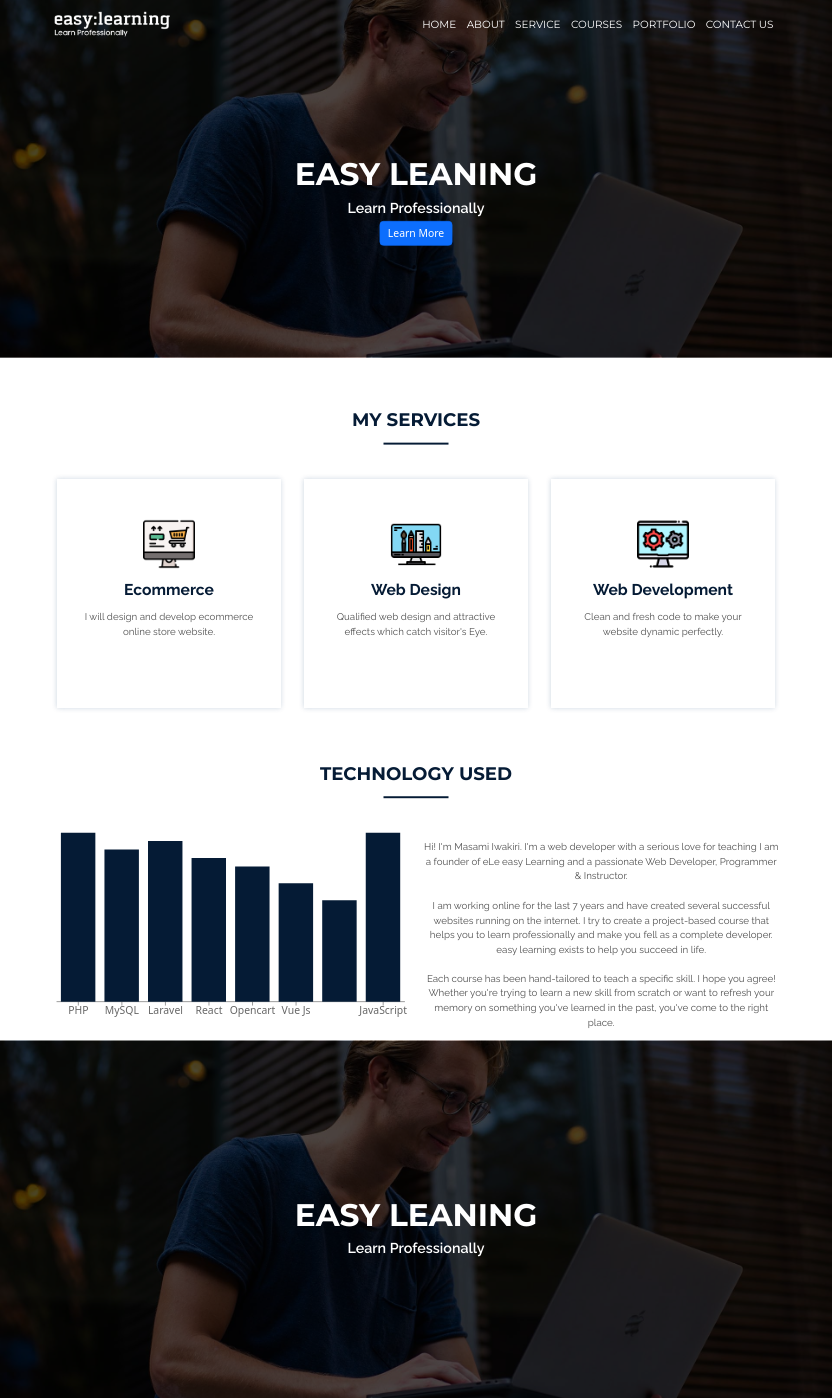
Repository: masamichan/free_video_app
Page: /
An editor plug-in stored every save of this project. The page is shown before and after the next save, followed by the edit.
The browser window is 1280 px wide. The pictures show the whole page, at 65% of full size.
Backgrounds fixed to the window are drawn as part of the page. The project was rebuilt for these pictures with package versions that can differ from the ones it lists, and the page was loaded fresh each time.

Above is the page before, as saved 2023-01-29 11:05:36.

### public/index.html
<!DOCTYPE html>
<html lang="en">
  <head>
    <meta charset="utf-8" />
    <link rel="icon" href="%PUBLIC_URL%/icon.png" />
    <meta name="viewport" content="width=device-width, initial-scale=1" />
    <meta name="theme-color" content="#000000" />
    <meta
      name="description"
      content="Web site created using create-react-app"
    />

    <link rel="manifest" href="%PUBLIC_URL%/manifest.json" />

    <link rel="preconnect" href="https://fonts.googleapis.com">
    <link rel="preconnect" href="https://fonts.gstatic.com" crossorigin>
    <link
      href="https://fonts.googleapis.com/css2?family=Montserrat:wght@400;700;800&family=Raleway:wght@300;400;600;700&display=swap"
      rel="stylesheet">

    <title>Easy Leaning</title>
  </head>
  <body>
    <noscript>You need to enable JavaScript to run this app.</noscript>
    <div style="width: 100%;" id="root"></div>

  </body>
</html>

### src/App.js
import React from "react";
import Analysis from "./components/Analysis/Analysis";
import Services from "./components/Services/Services";
import Summary from "./components/Summary/Summary";
import { TopBanner } from "./components/TopBanner/TopBanner";
import TopNavigation from "./components/TopNavigation/TopNavigation";

function App() {
  return (
    <div>
      <TopNavigation />
      <TopBanner />
      <Services />
      <Analysis />
      <Summary />
    </div>
  );
}

export default App;

### src/components/Analysis/Analysis.jsx
import React, { Component, Fragment } from "react";
import { Col, Container, Row } from "react-bootstrap";
import { Bar, BarChart, ResponsiveContainer, Tooltip, XAxis } from "recharts";
class Analysis extends Component {
  constructor() {
    super();
    this.state = {
      data: [
        { Technology: "PHP", Projects: 100 },
        { Technology: "MySQL", Projects: 90 },
        { Technology: "Laravel", Projects: 95 },
        { Technology: "React", Projects: 85 },
        { Technology: "Opencart", Projects: 80 },
        { Technology: "Vue Js", Projects: 70 },
        { Technology: "Django", Projects: 60 },
        { Technology: "JavaScript", Projects: 100 },
      ],
    };
  }

  render() {
    var blue = "#051b35";
    return (
      <Fragment>
        <Container className="text-center">
          <h1 className="serviceMainTitle">TECHNOLOGY USED</h1>
          <div className="bottom"></div>
          <Row>
            <Col
              style={{ width: "100", height: "300px" }}
              lg={6}
              md={12}
              sm={12}
            >
              <ResponsiveContainer>
                <BarChart width={100} height={300} data={this.state.data}>
                  <XAxis dataKey="Technology" />
                  <Tooltip />
                  <Bar dataKey="Projects" fill={blue}></Bar>
                </BarChart>
              </ResponsiveContainer>
            </Col>

            <Col lg={6} md={12} sm={12}>
              <p className="text-justify serviceDescription">
                Hi! I'm Masami Iwakiri. I'm a web developer with a serious love
                for teaching I am a founder of eLe easy Learning and a
                passionate Web Developer, Programmer & Instructor.<br></br>
                <br></br>I am working online for the last 7 years and have
                created several successful websites running on the internet. I
                try to create a project-based course that helps you to learn
                professionally and make you fell as a complete developer. easy
                learning exists to help you succeed in life.<br></br>
                <br></br>
                Each course has been hand-tailored to teach a specific skill. I
                hope you agree! Whether you're trying to learn a new skill from
                scratch or want to refresh your memory on something you've
                learned in the past, you've come to the right place.
              </p>
            </Col>
          </Row>
        </Container>
      </Fragment>
    );
  }
}
export default Analysis;

### src/components/Services/Services.jsx
import React, { Component, Fragment } from "react";
import { Col, Container, Row } from "react-bootstrap";
import designIcon from "../../asset/image/design.png";
import ecommerceIcon from "../../asset/image/ecommerce.png";
import webIcon from "../../asset/image/web.png";

export class Services extends Component {
  render() {
    return (
      <Fragment>
        <Container className="text-center">
          <h1 className="serviceMainTitle">MY SERVICES</h1>
          <div className="bottom"></div>
          <Row>
            <Col lg={4} md={6} sm={12}>
              <div className="serviceCard text-center">
                <img className="ecommerceIcon" src={ecommerceIcon} />
                <h2 className="serviceName">Ecommerce</h2>
                <p className="serviceDescription">
                  I will design and develop ecommerce online store website.
                </p>
              </div>
            </Col>
            <Col lg={4} md={6} sm={12}>
              <div className="serviceCard text-center">
                <img className="designIcon" src={designIcon} />
                <h2 className="serviceName">Web Design</h2>
                <p className="serviceDescription">
                  Qualified web design and attractive effects which catch
                  visitor's Eye.
                </p>
              </div>
            </Col>
            <Col lg={4} md={6} sm={12}>
              <div className="serviceCard text-center">
                <img className="webIcon" src={webIcon} />
                <h2 className="serviceName">Web Development</h2>
                <p className="serviceDescription">
                  Clean and fresh code to make your website dynamic perfectly.
                </p>
              </div>
            </Col>
          </Row>
        </Container>
      </Fragment>
    );
  }
}

export default Services;

### src/components/Summary/Summary.jsx
import React, { Component, Fragment } from "react";
import { Col, Container, Row } from "react-bootstrap";
export class Summary extends Component {
  render() {
    return (
      <Fragment>
        <Container fluid={true} className="topFixedBanner p-0">
          <div className="topBannerOverlay">
            <Container className="topContent">
              <Row>
                <Col className="text-center">
                  <h1 className="topTitle">EASY LEANING</h1>
                  <h4 className="topSubTitle">Learn Professionally</h4>
                </Col>
              </Row>
            </Container>
          </div>
        </Container>
      </Fragment>
    );
  }
}

export default Summary;

### src/components/TopBanner/TopBanner.jsx
import React, { Component, Fragment } from "react";
import { Button, Col, Container, Row } from "react-bootstrap";

export class TopBanner extends Component {
  render() {
    return (
      <Fragment>
        <Container fluid={true} className="topFixedBanner p-0">
          <div className="topBannerOverlay">
            <Container className="topContent">
              <Row>
                <Col className="text-center">
                  <h1 className="topTitle">EASY LEANING</h1>
                  <h4 className="topSubTitle">Learn Professionally</h4>
                  <Button variant="primary">Learn More</Button>
                </Col>
              </Row>
            </Container>
          </div>
        </Container>
      </Fragment>
    );
  }
}

export default TopBanner;

### src/components/TopNavigation/TopNavigation.jsx
import React, { Component, Fragment } from "react";
import { Nav, Navbar, NavDropdown } from "react-bootstrap";
import { Container } from "react-bootstrap";
import whiteLogo from "../../asset/image/logo_white.png";
import blackLogo from "../../asset/image/logo_black.png";
import "../../asset/css/custom.css";
import "../../asset/css/bootstrap.css";

export class TopNavigation extends Component {
  constructor() {
    super();
    this.state = {
      navBarTitle: "navTitle",
      navBarLogo: [whiteLogo],
      navBarBack: "navBackground",
      navBarItem: "navItem",
    };
  }

  onScroll = () => {
    if (window.scrollY > 100) {
      this.setState({
        navBarTitle: "navTitleScroll",
        navBarLogo: [blackLogo],
        navBarBack: "navBackgroundScroll",
        navBarItem: "navItemScroll",
      });
    } else if (window.scrollY < 100) {
      this.setState({
        navBarTitle: "navTitle",
        navBarLogo: [whiteLogo],
        navBarBack: "navBackground",
        navBarItem: "navItem",
      });
    }
  };

  componentDidMount() {
    window.addEventListener("scroll", this.onScroll);
  }

  render() {
    return (
      <Fragment>
        <Navbar
          className={this.state.navBarBack}
          collapseOnSelect
          fixed="top"
          expand="lg"
          variant="dark"
        >
          <Container>
            <Navbar.Brand className={this.state.navBarTitle} href="#home">
              <img src={this.state.navBarLogo} />
            </Navbar.Brand>
            <Navbar.Toggle aria-controls="responsive-navbar-nav" />
            <Navbar.Collapse id="responsive-navbar-nav">
              <Nav className="me-auto"></Nav>
              <Nav>
                <Nav.Link className={this.state.navBarItem} href="#deets">
                  HOME
                </Nav.Link>
                <Nav.Link className={this.state.navBarItem} href="#deets">
                  ABOUT
                </Nav.Link>
                <Nav.Link className={this.state.navBarItem} href="#deets">
                  SERVICE
                </Nav.Link>
                <Nav.Link className={this.state.navBarItem} href="#deets">
                  COURSES
                </Nav.Link>
                <Nav.Link className={this.state.navBarItem} href="#deets">
                  PORTFOLIO
                </Nav.Link>
                <Nav.Link className={this.state.navBarItem} href="#deets">
                  CONTACT US
                </Nav.Link>
              </Nav>
            </Navbar.Collapse>
          </Container>
        </Navbar>
      </Fragment>
    );
  }
}

export default TopNavigation;

### src/asset/css/custom.css
.topFixedBanner {
  background-image: url("../image/banner.jpg");
  min-height: 550px;
  background-attachment: fixed;
  background-position: center;
  background-repeat: no-repeat;
  background-size: cover;
}
.topBannerOverlay {
  position: absolute;
  min-height: 550px;
  width: 100%;
  background: rgb(0, 0, 0, 0.7);
}

.topContent {
  margin-top: 15em;
}

.topTitle {
  font-family: "Montserrat", sans-serif;
  font-weight: 700;
  color: #ffffff;
  font-size: 48px;
}

.topSubTitle {
  font-family: "Raleway", san-serif;
  font-weight: 600;
  color: #ffffff;
  font-size: 22px;
}

.ecommerceIcon {
  height: 80px;
  width: 80px;
}

.designIcon {
  height: 80px;
  width: 80px;
}

.webIcon {
  height: 80px;
  width: 80px;
}

.serviceCard {
  margin: 5px 5px 5px 5px;
  height: 22rem;
  padding: 60px 30px 60px 30px;
  box-shadow: 0 0 8px 0 rgb(4, 55, 105, 0.2);
}

.serviceCard:hover {
  margin: 5px 5px 5px 5px;
  height: 22rem;
  padding: 60px 30px 60px 30px;
  box-shadow: 0 0 16px 0 rgb(4, 55, 105, 0.2);
}

.serviceName {
  color: #051b35;
  margin-top: 1rem;
  font-family: "Raleway", sans-serif;
  font-size: 24px;
  font-weight: 700;
}

.serviceDescription {
  color: #505050;
  margin-top: 1rem;
  font-family: "Raleway", sans-serif;
  font-size: 15px;
  font-weight: 400;
}

.serviceMainTitle {
  color: #051b35;
  margin-top: 5rem;
  margin-bottom: 3rem;
  font-family: "Montserrat", sans-serif;
  font-weight: 700;
  font-size: 28px;
}

.bottom {
  background: #051b35 none repeat scroll 0 0;
  height: 3px;
  width: 100px;
  margin: -1.9rem auto 0;
  margin-bottom: 3rem;
}

.navTitle {
  font-family: "Montserrat", sans-serif;
  color: #ffffff !important;
  font-weight: 700;
  font-size: 30px;
}

.navTitleScroll {
  font-family: "Montserrat", sans-serif;
  color: #051b35 !important;
  font-weight: 700;
  font-size: 30px;
}

.navBackground {
  -webkit-transition: background-color 400ms llinear;
  -moz-transition: background-color 400ms linear;
  -o-transition: background-color 400ms linear;
  transition: background-color 400ms linear;
  background-color: rgb(00, 00, 00, 0) !important;
}

.navBackgroundScroll {
  -webkit-transition: background-color 400ms llinear;
  -moz-transition: background-color 400ms linear;
  -o-transition: background-color 400ms linear;
  transition: background-color 400ms linear;
  background-color: #ffffff;
}

.navItem {
  text-decoration: none !important;
  font-family: "Montserrat", sans-serif;
  color: #ffffff !important;
  font-weight: 700;
  font-size: 16px;
}

.navItemScroll {
  text-decoration: none !important;
  font-family: "Montserrat", sans-serif;
  color: #000000 !important;
  font-weight: 700;
  font-size: 16px;
}

Loaded but not shown: src/index.js (common file); src/asset/css/bootstrap.css (library)

After the next save:
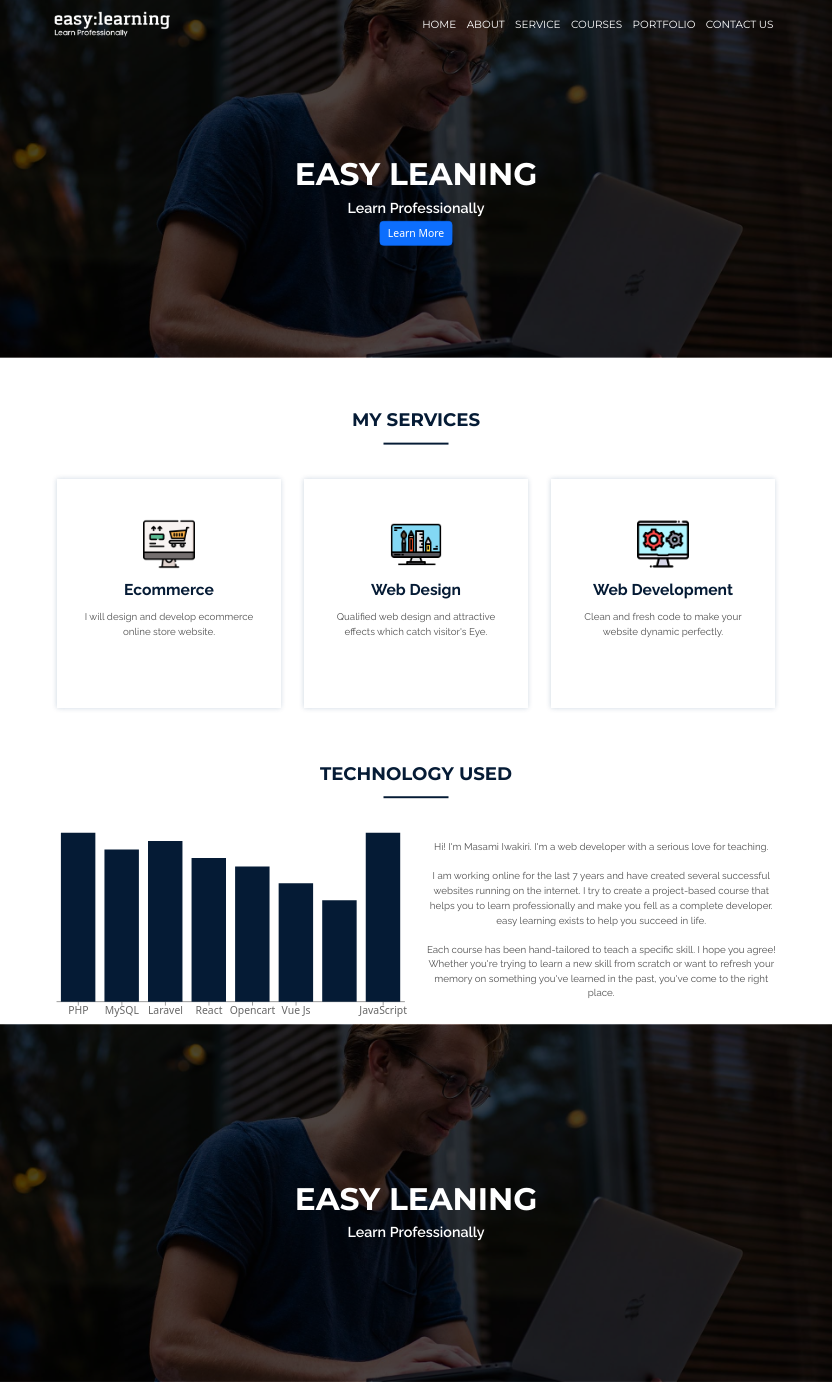
Saved 39 s later.
--- a/src/components/Analysis/Analysis.jsx
+++ b/src/components/Analysis/Analysis.jsx
@@ -44,8 +44,7 @@ class Analysis extends Component {
             <Col lg={6} md={12} sm={12}>
               <p className="text-justify serviceDescription">
                 Hi! I'm Masami Iwakiri. I'm a web developer with a serious love
-                for teaching I am a founder of eLe easy Learning and a
-                passionate Web Developer, Programmer & Instructor.<br></br>
+                for teaching. <br></br>
                 <br></br>I am working online for the last 7 years and have
                 created several successful websites running on the internet. I
                 try to create a project-based course that helps you to learn
